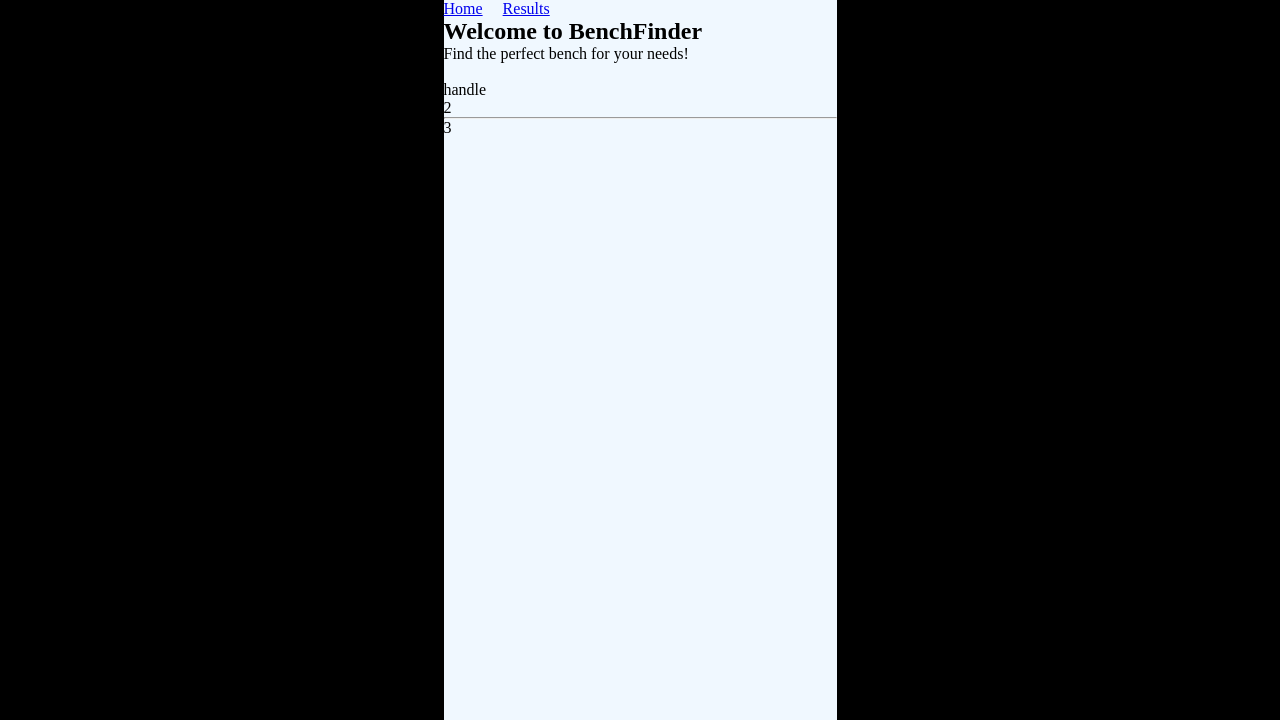
Repository: HidayatPatil/BenchFinder
Page: /
The author's editor kept a copy of each file at every save. The page is drawn from the files as they stood at one save, then again after the next save.
The browser window is 1280 px wide. The pictures show the whole page.
The project was rebuilt for these pictures with package versions that can differ from the ones it lists, and the page was loaded fresh each time. Also part of the build but not shown: vite.config.js, src/Results.jsx.

Above is the page before, as saved 2025-10-09 18:18:32.

### index.html
<!doctype html>
<html lang="en">
  <head>
    <meta charset="UTF-8" />
    <link rel="icon" type="image/svg+xml" href="/vite.svg" />
    <meta name="viewport" content="width=device-width, initial-scale=1.0" />
    <title>benchfinder</title>
  </head>
  <body>
    <div id="root"></div>
    <script type="module" src="/src/main.jsx"></script>
  </body>
</html>

### src/index.css
/* Reset default margins and padding */
* {
    margin: 0;
    padding: 0;
    box-sizing: border-box;
}

body, html {
    width: 100%;
    height: 100%;
    overflow: hidden;
    background-color: black;
    display: flex;
    justify-content: center;
    align-items: center;
}

#root {
    width: 393px;
    min-width: 320px;
    max-width: 425px;
    height: 100vh;
    background-color: rgb(0, 0, 0);
    position: relative;
}

.app_body {
    width: 393px;
    min-width: 320px;
    max-width: 425px;
    height: 100%;
    background-color: aliceblue;
    margin: 0 auto;
}

### src/App.jsx
import { Routes, Route, Link } from 'react-router-dom'
import Result from './Results'
import Home from './Home'

export default function App(){
  return (
    <div className="app_body">
      {/* <h1 className="container">BenchFinder App</h1> */}
      <nav>
        <Link to="/" style={{ marginRight: '20px' }}>Home</Link>
        <Link to="/results">Results</Link>
      </nav>

      <Routes>
        <Route path="/" element={<Home />} />
        <Route path="/results" element={<Result />} />
      </Routes>
    </div>
  )
}

### src/Home.jsx
import ContentDrawer from "./components/contentDrawer"

export default function Home() {
  return (
    <div>
      <h2>Welcome to BenchFinder</h2>
      <p>Find the perfect bench for your needs!</p>
      <div className="google_maps">
        <img />
      </div>
      <ContentDrawer />
    </div>
  )
}

### src/components/contentDrawer.jsx
export default function ContentDrawer(){
    return(
        <div className="drawer_container">
            <div className="drawer_handle">handle</div>
            <div className="bench_data">2</div>
            <hr />
            <div className="bench_photos">3</div>
        </div>
    )
}

Loaded but not shown: src/main.jsx (common file)

After the next save:
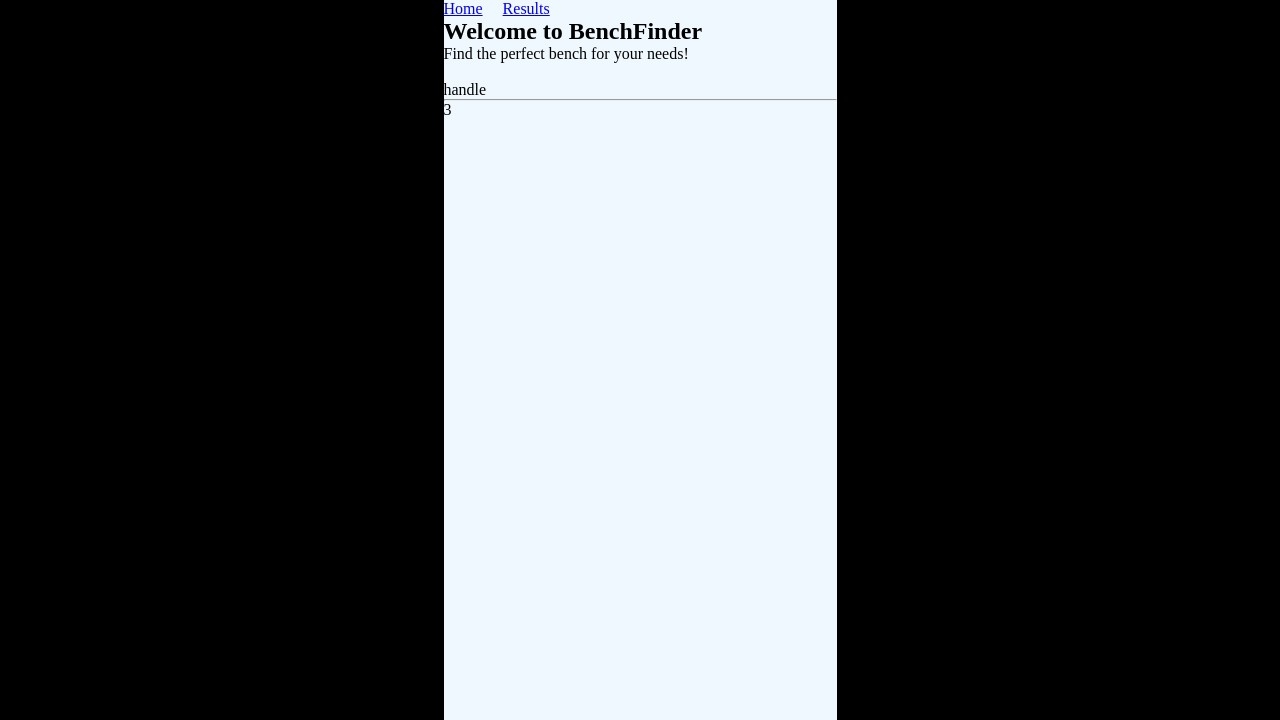
Saved 64 s later.
--- a/src/components/contentDrawer.jsx
+++ b/src/components/contentDrawer.jsx
@@ -2,7 +2,10 @@ export default function ContentDrawer(){
     return(
         <div className="drawer_container">
             <div className="drawer_handle">handle</div>
-            <div className="bench_data">2</div>
+            <div className="bench_data">
+                <div className="data_section1"></div>
+                <div className="data_bench_overview"></div>
+            </div>
             <hr />
             <div className="bench_photos">3</div>
         </div>
